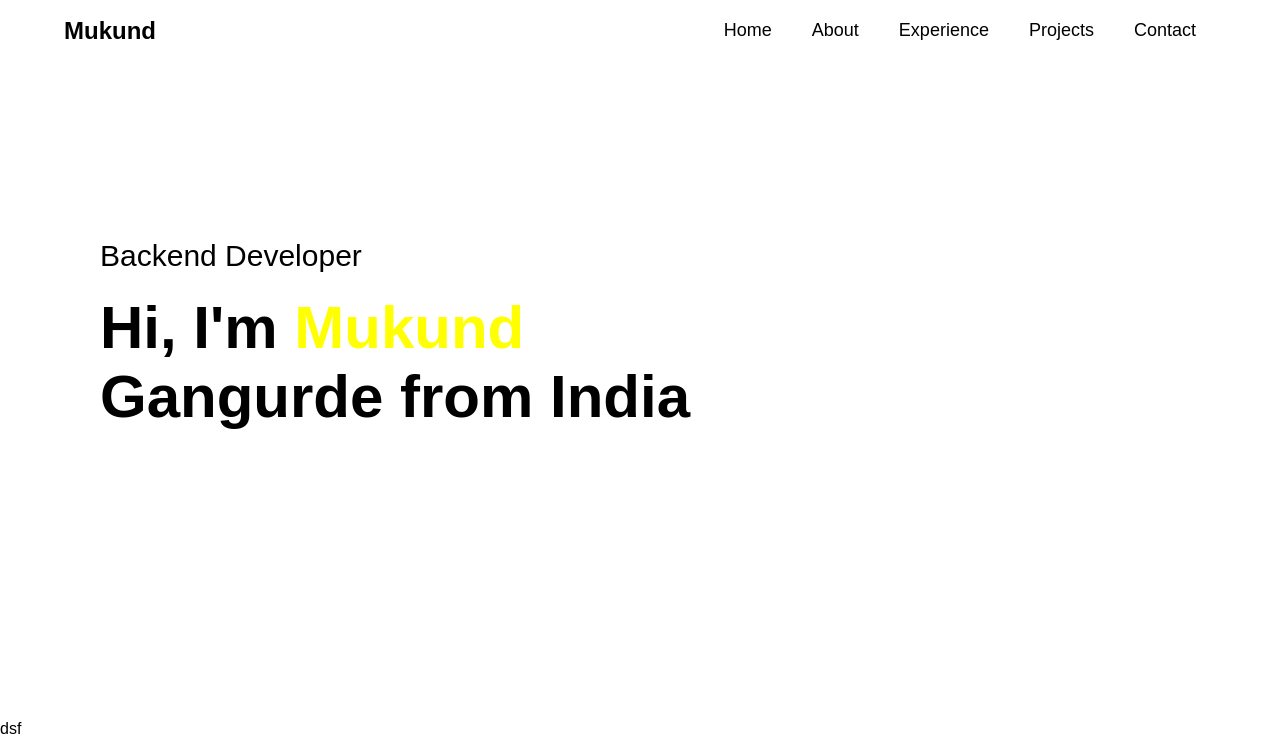
Repository: mukundgangurde/expense-tracker
Page: index.html
An editor plug-in stored every save of this project. The page is shown before and after the next save, followed by the edit.
The browser window is 1280 px wide. The pictures show the whole page.

Above is the page before, as saved 2025-11-02 22:30:24.

### index.html
<!DOCTYPE html>
<html lang="en">

<head>
  <meta charset="UTF-8">
  <meta name="viewport" content="width=device-width, initial-scale=1.0">
  <title>Portfolio - Mukund Gangurde</title>
  <link rel="stylesheet" href="style.css">
</head>

<body>
  <!-- Header -->
  <div id="header">
    <div id="container">
      <!-- Navigation Bar -->
      <nav>
        <h1 id="logo">Mukund</h1>
        <ul>
          <li><a href="#">Home</a></li>
          <li><a href="#">About</a></li>
          <li><a href="#">Experience</a></li>
          <li><a href="#">Projects</a></li>
          <li><a href="#">Contact</a></li>
        </ul>
      </nav>
      <!-- /Navigation Bar -->

      <div class="header-text">
        <p>Backend Developer</p>
        <h1>Hi, I'm <span>Mukund</span><br>Gangurde from India</h1>
      </div>
    </div>
  </div>
  <!-- /Header -->

  <div id="about">
    <div id="container">
      <div class="row">
        <div class="about-col-1">dsf</div>
      </div>
    </div>
  </div>
</body>

</html>

### style.css
* {
  margin: 0;
  padding: 0;
  /* font-family: Brush Script MT; */
  font-family: Arial, Helvetica, sans-serif;
  box-sizing: border-box;
  /* border: 1px solid red; */
}

body {
  /* background-color: black; */
  /* color: white; */
}

#header {
  width : 100%;
  height: 100vh;
  /* background-image: url(images/background.img); */
  /* background-size: cover; */
  /* background-position: center; */
}

#logo {
  width: 160px;
}

nav {
  display: flex;
  justify-content: space-between;
  align-items: center;
  flex-wrap: wrap;
  padding: 10px 5%;
}

ul {
  display: flex;
  justify-content: space-between;
  font-size: 18px;
}

nav ul li {
  display: inline-block;
  list-style-type: none;
  margin: 10px 20px;
}

nav ul li a {
  color: black;
  text-decoration: none;
}

.header-text {
  margin: 10% 50px;
  padding: 50px;
  background-color: ;
  font-size: 30px;
}

.header-text h1 {
  margin-top: 20px;
  font-size: 60px;
}

.header-text h1 span {
  color: yellow;
}

After the next save:
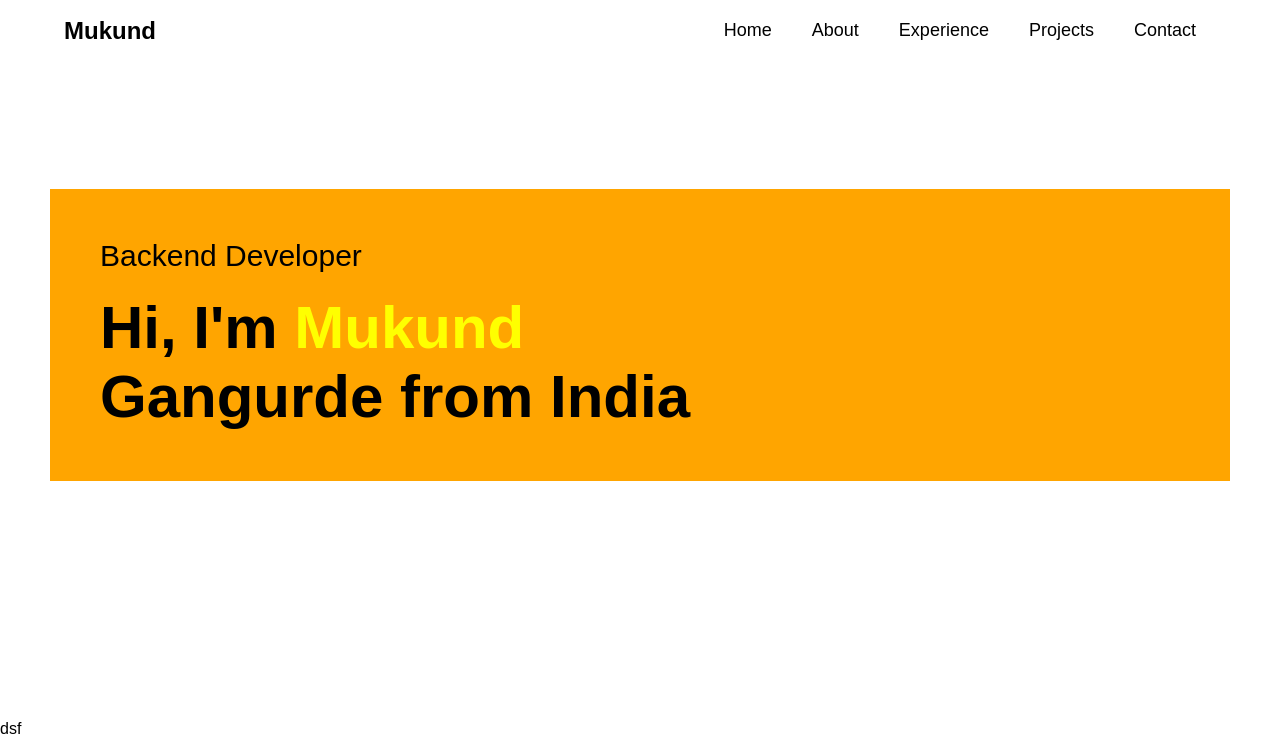
Saved 10 s later.
--- a/style.css
+++ b/style.css
@@ -52,7 +52,7 @@
 .header-text {
   margin: 10% 50px;
   padding: 50px;
-  background-color: ;
+  background-color: orange;
   font-size: 30px;
 }
 

After the save that followed:
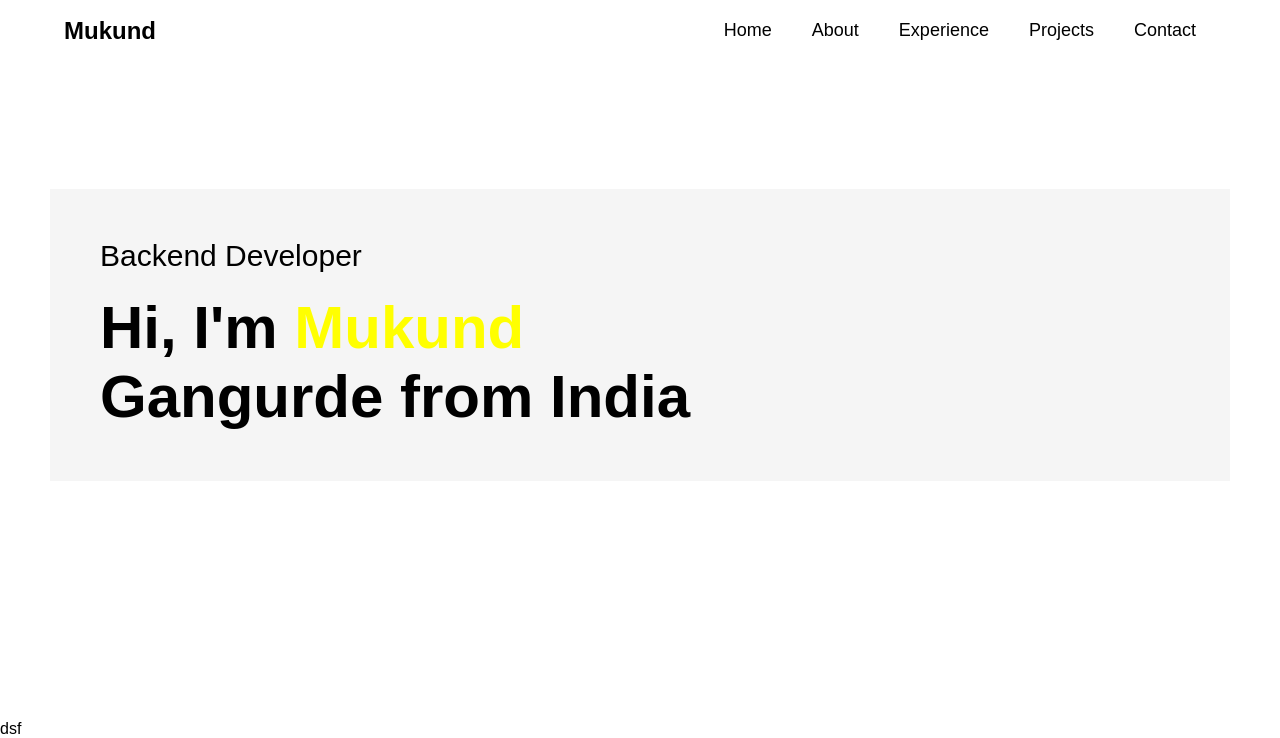
Saved 7 s later.
--- a/style.css
+++ b/style.css
@@ -52,7 +52,7 @@
 .header-text {
   margin: 10% 50px;
   padding: 50px;
-  background-color: orange;
+  background-color: whitesmoke;
   font-size: 30px;
 }
 
